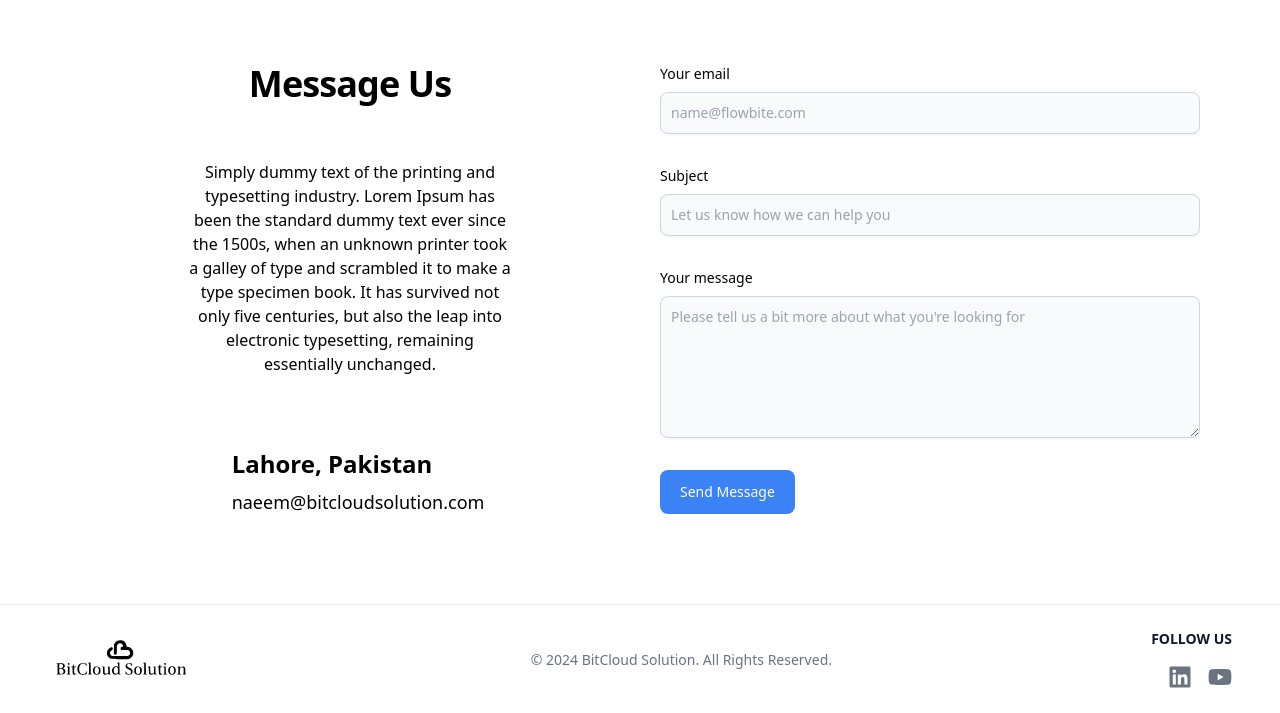
Repository: huzaifaBitCloud/BitCloud-website
Page: /contact
The author's editor kept a copy of each file at every save. The page is drawn from the files as they stood at one save, then again after the next save.
The browser window is 1280 px wide. The pictures show the part of the page from y = 720 to 1529 px (the page is 1433 px tall before and 1529 px after).
The project was rebuilt for these pictures with package versions that can differ from the ones it lists, and the page was loaded fresh each time. The framework's server and built-in components were replaced by stand-ins that run in the browser. Also part of the build but not shown: next.config.mjs.

Above is the page before, as saved 2025-01-27 13:50:09.

After the next save:
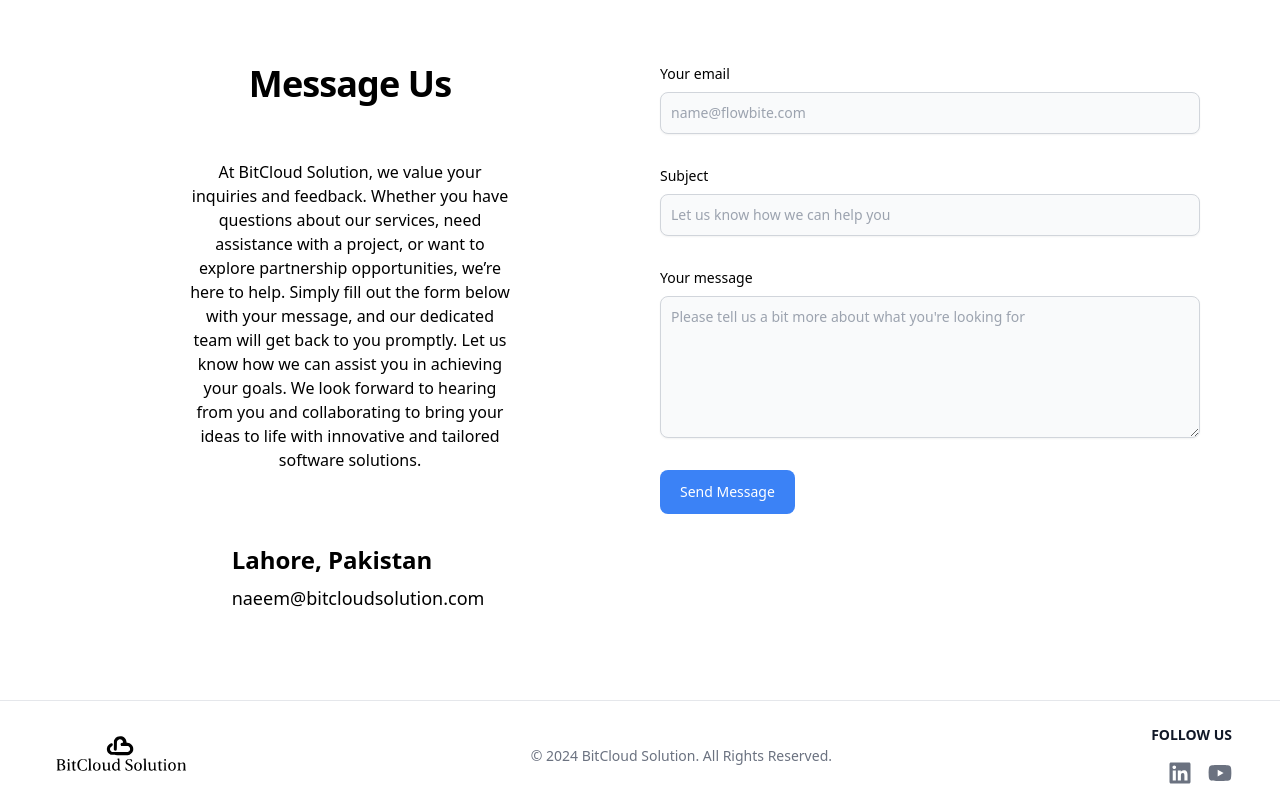
Saved 2 min 44 s later.
--- a/src/components/Contact.tsx
+++ b/src/components/Contact.tsx
@@ -126,21 +126,23 @@
               Message Us
             </h2>
             <p className="mb-8 lg:mb-12 font-light text-center text-black w-[60%] mt-10">
-              Simply dummy text of the printing and typesetting industry. Lorem
-              Ipsum has been the standard dummy text ever since the 1500s, when
-              an unknown printer took a galley of type and scrambled it to make
-              a type specimen book. It has survived not only five centuries, but
-              also the leap into electronic typesetting, remaining essentially
-              unchanged.
+              At BitCloud Solution, we value your inquiries and feedback.
+              Whether you have questions about our services, need assistance
+              with a project, or want to explore partnership opportunities,
+              we’re here to help. Simply fill out the form below with your
+              message, and our dedicated team will get back to you promptly. Let
+              us know how we can assist you in achieving your goals. We look
+              forward to hearing from you and collaborating to bring your ideas
+              to life with innovative and tailored software solutions.
             </p>
             <div className="py-6 px-4 sm:px-6 md:px-10 lg:pl-14 text-left">
-          <h1 className="font-bold text-lg sm:text-xl md:text-2xl mb-2">
-            Lahore, Pakistan
-          </h1>
-          <p className="text-sm sm:text-base md:text-lg">
-            naeem@bitcloudsolution.com
-          </p>
-        </div>
+              <h1 className="font-bold text-lg sm:text-xl md:text-2xl mb-2">
+                Lahore, Pakistan
+              </h1>
+              <p className="text-sm sm:text-base md:text-lg">
+                naeem@bitcloudsolution.com
+              </p>
+            </div>
           </div>
 
           <form onSubmit={handleSubmit} className="space-y-8">
